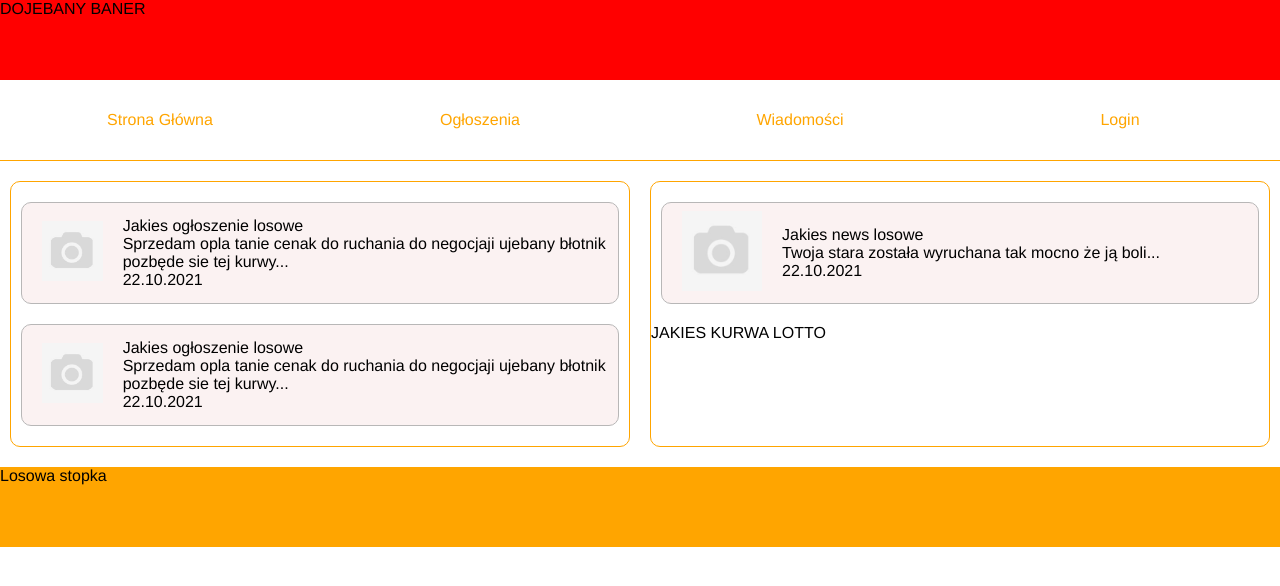
Repository: PatrykStawik/projectppz
Page: /
These files come from the project's save history. The page is drawn as it stood at one moment and after the next save; the edit follows.
The browser window is 1280 px wide. The pictures show the whole page.
The project was rebuilt for these pictures with package versions that can differ from the ones it lists, and the page was loaded fresh each time. The framework's server and built-in components were replaced by stand-ins that run in the browser.

Above is the page before, as saved 2021-05-22 14:10:04.

### pages/_app.tsx
import React from 'react';
import type { AppProps } from 'next/app';
import { GlobalStyle } from '../styles/globalStyles';
import { Header } from '../components/Header';
import { Footer } from '../components/Footer'

function MyApp({ Component, pageProps }: AppProps) {
  return (
    <>
      <GlobalStyle />
      <Header/>
        <Component {...pageProps} />
      <Footer/>
    </>
  );
}

// eslint-disable-next-line import/no-default-export
export default MyApp;

### pages/_document.tsx
import React from 'react';
import Document, { DocumentContext, DocumentInitialProps } from 'next/document';
import { ServerStyleSheet } from 'styled-components';

class MyDocument extends Document {
  static async getInitialProps(ctx: DocumentContext): Promise<DocumentInitialProps> {
    const sheet = new ServerStyleSheet();
    const originalRenderPage = ctx.renderPage;

    try {
      ctx.renderPage = () =>
        originalRenderPage({
          enhanceApp: App => props => sheet.collectStyles(<App {...props} />),
        });

      const initialProps = await Document.getInitialProps(ctx);
      return {
        ...initialProps,
        styles: (
          <>
            {initialProps.styles}
            {sheet.getStyleElement()}
          </>
        ),
      };
    } finally {
      sheet.seal();
    }
  }
}

// eslint-disable-next-line import/no-default-export
export default MyDocument;

### pages/index.tsx
import React from 'react';
import { IndexPage } from '../components/IndexPage';

const index = () => <IndexPage />;

// eslint-disable-next-line import/no-default-export
export default index;

### styles/globalStyles.ts
import { createGlobalStyle } from 'styled-components';

export const GlobalStyle = createGlobalStyle`
  body {
    margin: 0;
    padding: 0;
    font-family: Open-Sans, Helvetica, Sans-Serif;
  }
`;

### components/IndexPage/index.tsx
export { IndexPage } from './IndexPage';

### components/Header/Header.tsx
import React from 'react';
import styled from 'styled-components';
import { colors } from '../../styles/colors';
import { centerText, setFlex } from '../../styles/functions';
import { NextLink } from '../common/NextLink';

const Wrapper = styled.header`
  .baner {
    height: 80px;
    background-color: ${colors.red};
  }
  .menu {
    ${setFlex('column')}
    height: 80px;
    border-bottom: 1px solid ${colors.orange};
    .menuItem {
      flex: 1;
      height: 100%;
      ${centerText(80)};
      background-color: ${colors.white};
      color: ${colors.orange};
      cursor: pointer;
      transition: .5s all;
      &:hover{
        font-weight: bold;
      }
    }
  }
`;

const data = [
  { title: 'Strona Główna', href: '/' },
  { title: 'Ogłoszenia', href: '/ogloszenia' },
  { title: 'Wiadomości', href: '/wiadomosci' },
  { title: 'Login', href: '/login' },
];

export const Header = () => {
  return (
    <Wrapper>
      <div className="baner">DOJEBANY BANER</div>
      <div className="menu">
        {data.map(({ title, href }) => (
          <NextLink href={href} key={title}>
            <div className="menuItem">{title}</div>
          </NextLink>
        ))}
      </div>
    </Wrapper>
  );
};

### components/Footer/Footer.tsx
import React from 'react';
import styled from 'styled-components';
import { colors } from '../../styles/colors';

const Wrapper = styled.footer`
    height: 80px;
    background-color: ${colors.orange};
`;

export const Footer = () => {
  return (
    <Wrapper>
      Losowa stopka
    </Wrapper>
  );
};

### components/IndexPage/IndexPage.tsx
import React from 'react';
import styled from 'styled-components';
import { Bar } from '../common/Bar';
import { setFlex } from '../../styles/functions';
import { colors } from '../../styles/colors';

const Wrapper = styled.div`
  ${setFlex()};
  .advertisement {
  }
  .container {
    flex: 1;
    border: 1px solid ${colors.orange};
    border-radius: 10px;
    margin: 20px 10px;
  }
`;

export const IndexPage = () => {
  return (
    <Wrapper>
      <div className="advertisement container">
        <Bar
          title="Jakies ogłoszenie losowe"
          content="Sprzedam opla tanie cenak do ruchania do negocjaji ujebany błotnik pozbęde sie tej kurwy"
          date="22.10.2021"
        />
        <Bar
          title="Jakies ogłoszenie losowe"
          content="Sprzedam opla tanie cenak do ruchania do negocjaji ujebany błotnik pozbęde sie tej kurwy"
          date="22.10.2021"
        />
      </div>
      <div className="container">
        <div className="news">
          <Bar
            title="Jakies news losowe"
            content="Twoja stara została wyruchana tak mocno że ją boli"
            date="22.10.2021"
          />
        </div>
        <div className="lotto">JAKIES KURWA LOTTO</div>
      </div>
    </Wrapper>
  );
};

### styles/colors.ts
export const colors = {
  white: "white",
  black: "black",
  red: "red",
  orange: "orange",
  gray: "#b8b7b7",
  pink: "rgba(166,2,2,.05)"
}

### styles/functions.ts
export const centerText = (height: number) => {
  return `text-align: center;
  line-height: ${height}px`
}

export const setFlex = (type: "row" | "column" = "row") => {
  return `display: flex; flex-direction: ${type}`
}

### components/common/NextLink/index.tsx
export { NextLink } from './NextLink';

### components/common/Bar/index.tsx
export { Bar } from './Bar';

### components/common/NextLink/NextLink.tsx
import React from 'react';
import Link from 'next/link';
import styled from 'styled-components';
import { colors } from '../../../styles/colors';

const StyledLink = styled.a`
  color: ${colors.black};
  text-decoration: none;
  width: 100%;
`;

interface Props {
  href: string;
}

export const NextLink: React.FC<Props> = ({ children, href }) => {
  return (
    <Link href={href}>
      <StyledLink>{children}</StyledLink>
    </Link>
  );
};

### components/common/Bar/Bar.tsx
import React from 'react';
import Image from 'next/image';
import styled from 'styled-components';
import { setFlex } from '../../../styles/functions';
import { colors } from '../../../styles/colors';

interface Props {
  title: string;
  content: string;
  date: string;
}

const Wrapper = styled.div`
  height: 100px;
  border: 1px solid ${colors.gray};
  border-radius: 10px;
  margin: 20px 10px;
  background-color: ${colors.pink};
  ${setFlex()};
  align-items: center;
  .img{
    margin-left: 20px;
  }
  .body{
    margin-left: 20px;
    p{
      margin: 0px;
    }
  }
`;

const picture = { src: '/default.jpg', alt: 'picture', width: 80, height: 80 };

export const Bar = ({ title, content, date }: Props) => {
  return (
    <Wrapper>
      <div className="img"><Image {...picture} /></div>
      <div className="body">
        <p>{title}</p>
        <p>{content.slice(0, 100)}...</p>
        <p>{date}</p>
      </div>
    </Wrapper>
  );
};

Loaded but not shown: components/Header/index.tsx (common file); components/Footer/index.tsx (common file)

After the next save:
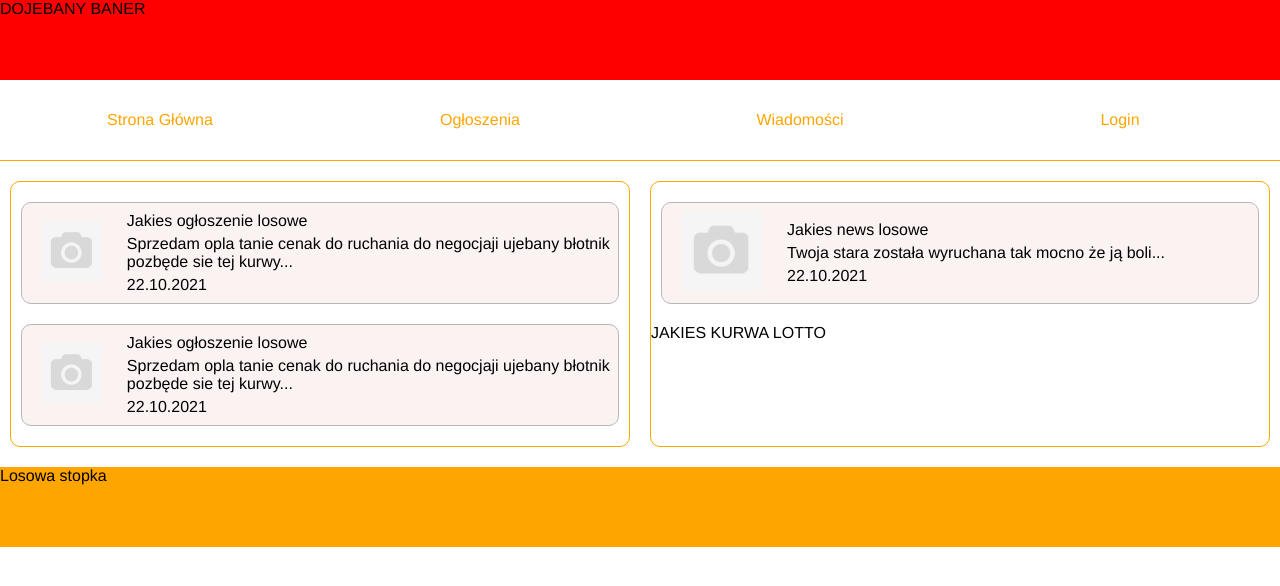
Saved 9 s later.
--- a/components/common/Bar/Bar.tsx
+++ b/components/common/Bar/Bar.tsx
@@ -24,7 +24,7 @@ const Wrapper = styled.div`
   .body{
     margin-left: 20px;
     p{
-      margin: 0px;
+      margin: 5px;
     }
   }
 `;
